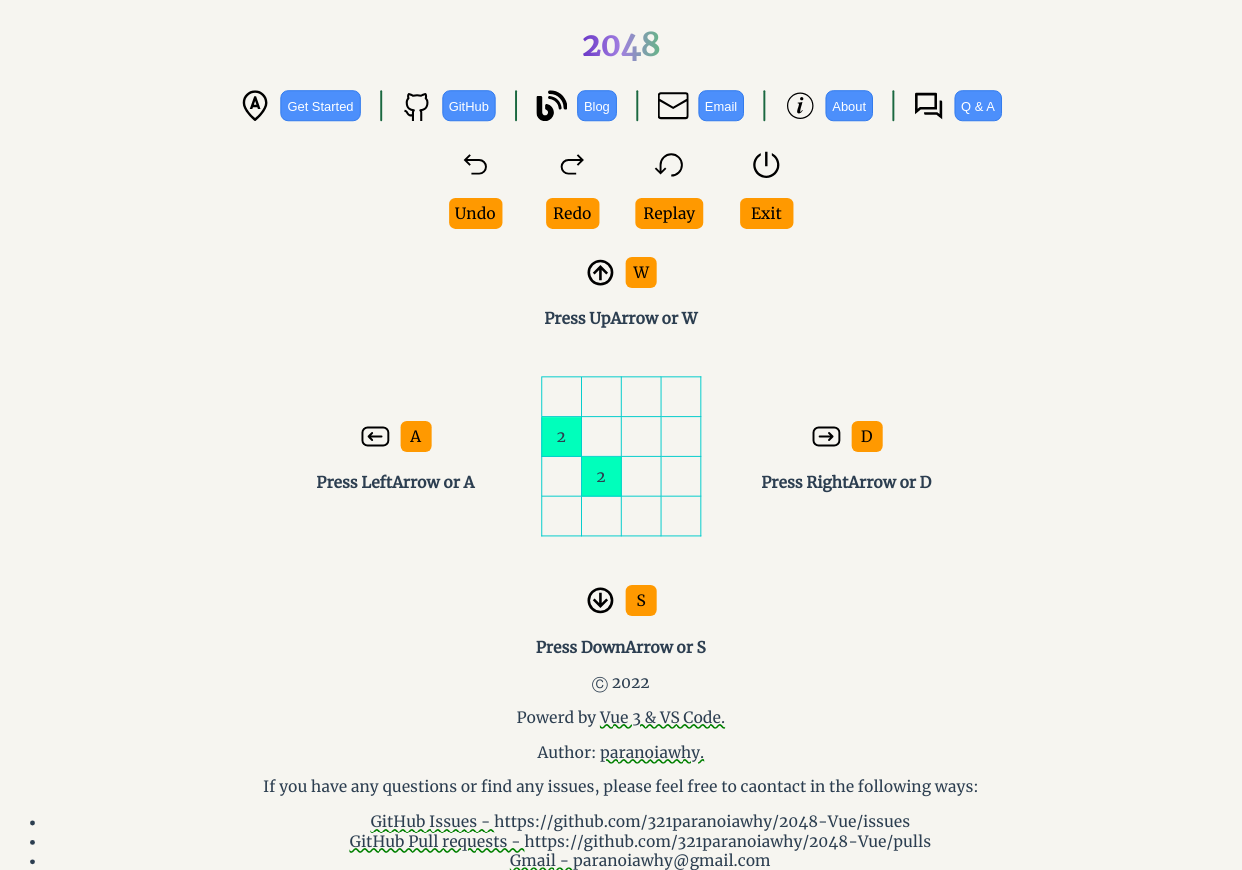
Repository: 321paranoiawhy/2048
Page: /
These files come from the project's save history. The page is drawn as it stood at one moment and after the next save; the edit follows.
The browser window is 1280 px wide. The pictures show the whole page, at 97% of full size.
The project was rebuilt for these pictures with package versions that can differ from the ones it lists, and the page was loaded fresh each time. Also part of the build but not shown: vue.config.js.

Above is the page before, as saved 2022-04-28 10:23:05.

After the next save:
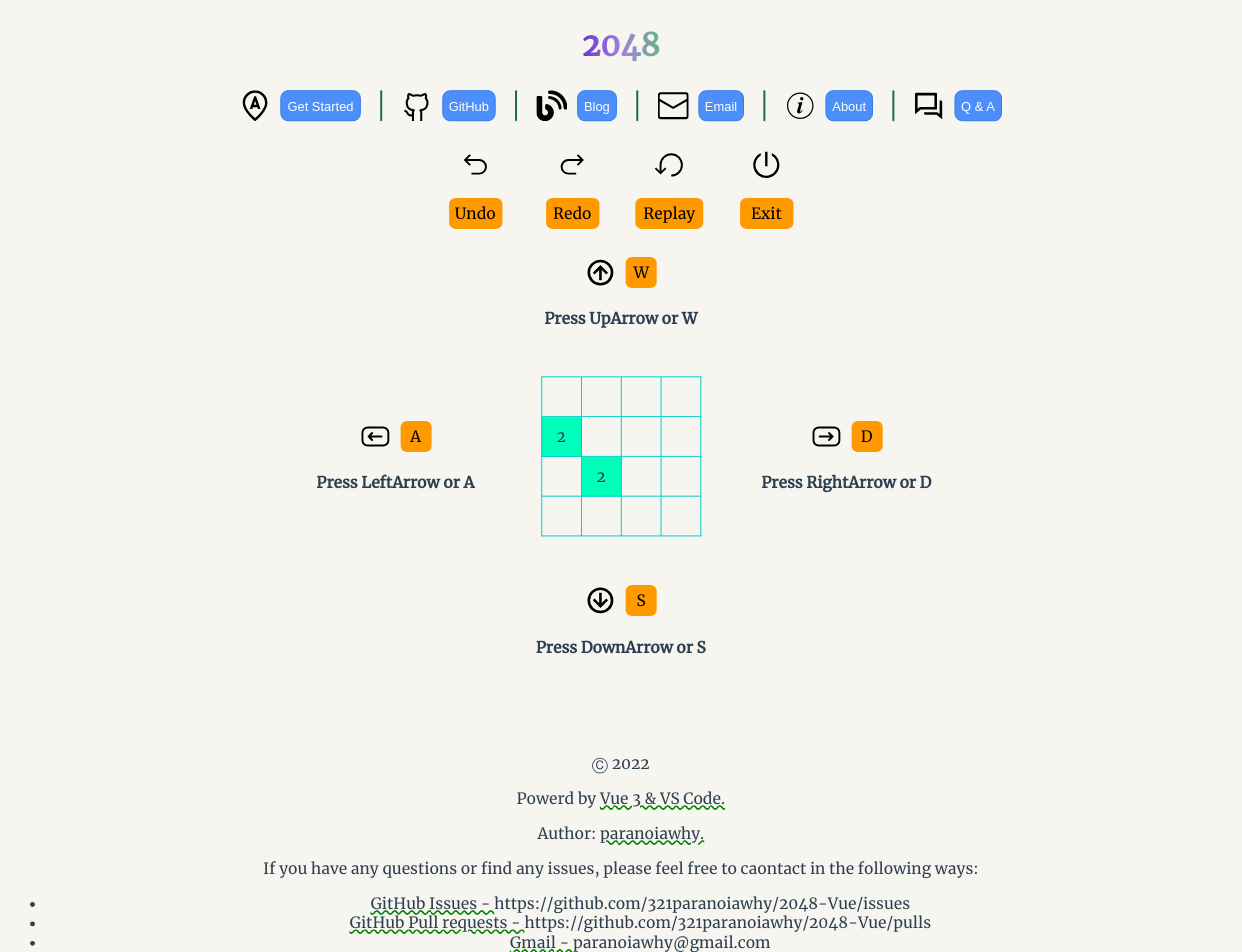
Saved 61 s later.
--- a/src/components/footer.vue
+++ b/src/components/footer.vue
@@ -37,6 +37,6 @@ footer a {
     text-decoration: green wavy underline;
 }
 footer {
-    margin-bottom: 20px;
+    margin-top: 100px;
 }
 </style>
